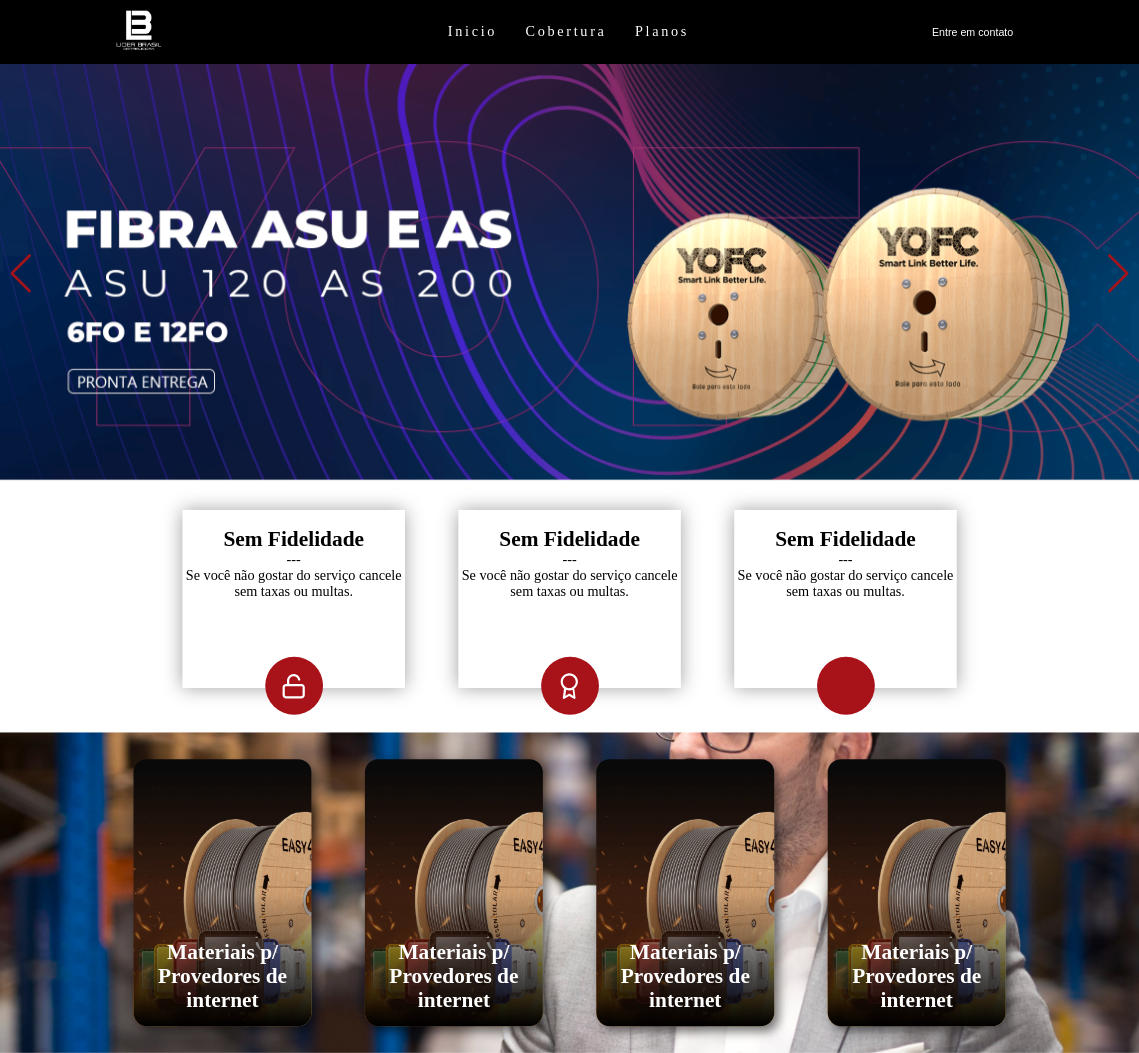
Repository: mateus-henrique-silva/Novo_institucional_lider
Page: index.html
The author's editor kept a copy of each file at every save. The page is drawn from the files as they stood at one save, then again after a run of saves.
The browser window is 1280 px wide. The pictures show the whole page, at 89% of full size.
Backgrounds fixed to the window are drawn as part of the page. Some web fonts or font styles are not loaded; a fallback is used.

Above is the page before, as saved 2022-09-06 10:34:56.
Console error: SyntaxError: Identifier 'MobileNavbar' has already been declared

### index.html
<!DOCTYPE html>
<html lang="en">
  <head>
    <meta charset="UTF-8" />
    <meta http-equiv="X-UA-Compatible" content="IE=edge" />
    <meta name="viewport" content="width=device-width, initial-scale=1.0" />
    <meta
      name="viewport"
      content="width=device-width, user-scalable=yes, initial-scale=1.0, maximum-scale=10, minimum-scale=1.0"
    />
    <link rel="stylesheet" href="./src/CSS/Global.css" />
    <link rel="stylesheet" href="./src/CSS/Header/style.css" />
    <link rel="stylesheet" href="./src/CSS/Main/style.css" />
    <link rel="stylesheet" href="./src/CSS/Main/Carousel/styles.css" />
    <link rel="stylesheet" href="./src/CSS/Main/Box/style.css" />
    <link rel="stylesheet" href="./src/CSS/Main/Products/style.css" />
    <link
      rel="stylesheet"
      href="https://unpkg.com/swiper@8/swiper-bundle.min.css"
    />

    <title>Líder Brasil</title>
  </head>
  <body>
    <header>
      <nav>
        <a class="logo"
          ><img src="./src/Assets/Logo/lb.png" width="50" alt=""
        /></a>
        <div class="mobile-menu">
          <div class="line1"></div>
          <div class="line2"></div>
          <div class="line3"></div>
        </div>
        <ul class="nav-list">
          <li><a href="#network index.html">Inicio</a></li>
          <li><a href="#map-container">Cobertura</a></li>
          <li><a href="#container">Planos</a></li>
        </ul>
        <ul>
          <li style="list-style: none; font-size: 10px">
            <a
              href="#"
              style="
                font-size: 12px;
                padding: 10px;
                font-family: arial;
                color: white;
              "
              onclick="openForm()"
              class="contact-header"
              >Entre em contato</a
            >
          </li>
        </ul>
      </nav>
    </header>
    <main>
      <section>
        <div class="swiper">
          <div class="swiper-wrapper">
            <div class="swiper-slide">
              <div class="project-img">
                <img
                  src="./src/Assets/img/carrossel/desktop/drop-desktop.png"
                  alt="Foto 01"
                />
              </div>
              <div class="project-img" id="mobile-img">
                <img
                  src="./src/Assets/img/carrossel/mobile/drop-mobile.png"
                  alt="Foto 03"
                />
              </div>
            </div>
            <div class="swiper-slide">
              <div class="project-img">
                <img
                  src="./src/Assets/img/carrossel/desktop/escada-desktop.png"
                  alt="Foto 01"
                />
              </div>
              <div class="project-img" id="mobile-img">
                <img
                  src="./src/Assets/img/carrossel/mobile/escada-mobile.png"
                  alt="Foto 03"
                />
              </div>
            </div>
            <div class="swiper-slide">
              <div class="project-img">
                <img src="./src/Assets/img/teste6.png" alt="Foto 01" />
              </div>
              <div class="project-img" id="mobile-img">
                <img src="./src/Assets/img/foto_03.png" alt="Foto 03" />
              </div>
            </div>
          </div>
          <div class="swiper-button-next"></div>
          <div class="swiper-button-prev"></div>
          <div class="swiper-pagination"></div>
        </div>
      </section>
      <section>
        <div class="section-box">
          <!-- card 1 -->

          <ul>
            <li class="box">
              <div class="box-inter">
                <h1>Sem Fidelidade</h1>
                <p>---</p>

                <p>
                  Se você não gostar do serviço cancele sem taxas ou multas.
                </p>
              </div>

              <div class="obj">
                <img
                  src="./src/Assets/img/icons/unlock.svg"
                  alt="arrowup"
                  srcset=""
                />
              </div>
            </li>
            <!-- card 2 -->
            <li class="box">
              <div class="box-inter">
                <h1>Sem Fidelidade</h1>
                <p>---</p>

                <p>
                  Se você não gostar do serviço cancele sem taxas ou multas.
                </p>
              </div>

              <div class="obj">
                <img
                  src="./src/Assets/img/icons/award.svg"
                  alt="arrowup"
                  srcset=""
                />
              </div>
            </li>
            <!-- card 3 -->
            <li class="box">
              <div class="box-inter">
                <h1>Sem Fidelidade</h1>
                <p>---</p>

                <p>
                  Se você não gostar do serviço cancele sem taxas ou multas.
                </p>
              </div>

              <div class="obj">
                <img
                  src="./src/Assets/img/icons/chevrons-up.svg"
                  alt="arrowup"
                  srcset=""
                />
              </div>
            </li>
          </ul>
        </div>
      </section>

      <section>
        <div class="background">
          <img
            class="img"
            src="./src/Assets/img/icons/aBlack.svg"
            alt=""
            srcset=""
          />

          <ul>
            <li>

              <div class="products" id="products-one">
                <div class="back-radient">
                <button>text</button>
                <div>
                  <h2>Materiais p/ Provedores de internet</h2>
                </div>

              </div>
            </div>
            </li>

            <li>

              <div class="products" id="products-two">
                <div class="back-radient">
                <button>text</button>
                <div>
                  <h2>Materiais p/ Provedores de internet</h2>
                </div>

              </div>
            </div>
            </li>

              <li>

              <div class="products" id="products-three">
                <div class="back-radient">
                <button>text</button>
                <div>
                  <h2>Materiais p/ Provedores de internet</h2>
                </div>

              </div>
            </div>
            </li>
              <li>

              <div class="products" id="products-four">
                <div class="back-radient">
                <button>text</button>
                <div>
                  <h2>Materiais p/ Provedores de internet</h2>
                </div>

              </div>
            </div>
            </li>
          </ul>
        </div>
      </section>
    </main>
    <footer></footer>
    <script src="https://unpkg.com/swiper@8/swiper-bundle.min.js"></script>
    <script src="./src/Scripts/Carousel/scripts.js"></script>
    <script src="./src/Scripts/Mobile/scripts.js"></script>
    <script src="./src/Scripts/Global.js"></script>
  </body>
</html>

### src/CSS/Global.css
@import url("https://fonts.googleapis.com/css2?family=Montserrat:ital,wght@0,100;0,200;0,300;0,400;0,500;0,600;0,700;0,800;0,900;1,100;1,200;1,300;1,400;1,500;1,600;1,700;1,800;1,900&family=Source+Serif+Pro:ital,wght@0,200;0,300;0,400;0,600;0,700;0,900;1,200;1,300;1,400;1,600;1,700;1,900&display=swap");

* {
  font-family: 'Source Serif Pro', serif;
  margin: 0;
  padding: 0;
  border: 0;

}


body{

}

### src/CSS/Header/style.css
header {
  width: 100%;
  background-color: black;
  margin-top: 0;
}
a {
  color: black;
  text-decoration: none;
  transition: 0.3s;
}

a:hover {
  opacity: 0.7;
}

.logo {
  align-items: center;
  width: 6%;

  text-transform: uppercase;
  letter-spacing: 4px;
}

.logo h1 {
  font-size: 12px;
}

nav {
  display: flex;
  z-index: 1;

  width: 100%;
  margin-top: 0;

  justify-content: space-around;
  align-items: center;
  background-color: black;
  height: 10vh;
}

.nav-list {
  text-align: center;
  justify-content: center;
  list-style: none;
  display: flex;
  z-index: 1;
}

.nav-list li {
  letter-spacing: 3px;
  margin-left: 32px;
}
.nav-list li a {
  color: white;
}
.nav-list li a:hover {
  color: #ff073b;
}

.mobile-menu {
  display: none;
  margin-left: 80px;
  cursor: pointer;
}

.mobile-menu div {
  transition: 0.3s;

  width: 32px;
  height: 2px;
  background: white;
  margin: 8px;
}

@media (max-width: 950px) {
  body {
    overflow-x: hidden;
  }

  .nav-list {
    position: absolute;
    top: 7vh;
    right: 0;
    width: 100vw;
    height: 100vh;
    background-color: white;
    flex-direction: column;
    color: white;
    /* align-items: center; */
    display: none;
    justify-content:flex-start;
    transition: 0.4s ease-in;
    /* justify-content: space-around; */
    transform: translateX(100%);
  }

  .nav-list li {
    margin-top:100px;
    margin-left: 0;
    opacity: 0;
  }

  .mobile-menu {
    display: block;
  }
  .contact-header {
    display: none;
  }

  .logo {
    margin-left:10px;
    width: 60%;
  }
}

.nav-list.active {
  transition: 0.3s;
  overflow-y: hidden;
  position: fixed;
  z-index: 10000;
  background-color: black;
  transform: translateX(0);
  display: flex;
}

.nav-list.active li {
  color: white!important;
  font-weight:bold;
}

.nav-list.active li {
  color: white;
}

@keyframes navLinkFade {
  from {
    opacity: 0;
    transform: translateX(50px);
  }

  to {
    opacity: 1;
    transform: translateX(0);
  }
}

.mobile-menu.active .line1 {
  transform: rotate(-45deg) translate(-8px, 8px);
}

.mobile-menu.active .line2 {
  opacity: 0;
}

.mobile-menu.active .line3 {
  transform: rotate(45deg) translate(-5px, -7px);
}

### src/CSS/Main/style.css
main{
    width: 100%;
    height: 100%;

    max-width: 100vw;
}


section{

    width: 100%;
    max-width: 100vw;
    height: 100%;
}


ul li {
    list-style: none;
}

### src/CSS/Main/Carousel/styles.css
.swiper {
    height: 100%!important;

  }

  .swiper-slide {
    text-align: center;
    display: flex;
    height: 100%!important;
    align-items: center;
    justify-content: center;
  }

  @media (max-width: 450px) {
    .swiper {
      height: 270px;
    }

    .project-img img{
      width: 100%;
      height: 100%!important;
    }
  }

  .project-img img{
    width: 100%;
    /* height: 80vh; */
  }



  .swiper-pagination-bullet{
    color: white !important;
    /* margin-top:-10px!important; */
    background-color:white !important;
  }

  /*
    largura => 3840
    Altura => 420

  */


  .swiper-button-next:after, .swiper-button-prev:after{
    color:#a71319 !important;
  }

  #mobile-img{
    display: none;
  }


  @media(max-width:999px){
    #mobile-img{
      display: block!important;
    }


    .project-img{
      display:none;
    }
  }


.menu{
  display:flex;
  flex-direction:column;
}

### src/CSS/Main/Box/style.css
.section-box {
  width: 100%;

  justify-content: center;
  align-items: center;
  display: flex;
}

.box {
  display: flex;
  flex-direction: column;
  /* justify-content: center; */

  justify-content: flex-end;
  align-items: center;
  height: 100%;
  margin: 30px;
  margin-bottom: 20px;
  /* width: 100%; */
  /* background-color: red; */
}

@media (max-width: 770px) {
  .section-box {
    width: 100%;
    justify-content: space-around;
    flex-direction: column;
    display: flex;
  }

  .box-inter {
    background-color: white;
    height: 100px;
    width: 200px;
    /* width: 100%; */
  }
}

@media (max-width: 480px) {
  .box-inter {
    height: 170px !important;
    width: 170px !important;
    /* width: 100%; */
  }

  .obj {
    height: 45px !important;

    margin-top: -35px;
    width: 45px !important;
  }

  .obj img {
    width: 20px !important;
  }
}

.box-inter {
  background-color: white;
  height: 200px;
  width: 250px;
  -webkit-box-shadow: 0px 0px 20px 0px rgba(0, 0, 0, 0.37);
  box-shadow: 0px 0px 20px 0px rgba(0, 0, 0, 0.37);
  display: flex;

  flex-direction: column;
  align-items: center;
  text-align: center;

  /* width: 100%; */
}

.box-inter h1 {
  margin-top: 20px;
  font-size: clamp(1em, 1em + 1vw, 1.5em);
}

.box p {
  font-size: clamp(1em, 1em + 0.5vw, 0.5em);
}
.obj {
  background-color: #a71319;
  height: 65px;

  border-radius: 50%;
  display: flex;
  align-items: center;
  justify-content: center;
  margin-top: -35px;
  width: 65px;
}

.obj img {
  width: 30px;
}

.section-box ul {
  display: flex;
  overflow-x: auto;
  width: 100%;
  justify-content: center;
  scroll-behavior: smooth;
}

.section-box .img-arrow {
  display: none;
}

@media (max-width: 600px) {
  .section-box .img-arrow {
    display: flex;
    justify-content: flex-end;

    animation: mymove 0.8s infinite;
  }
  .section-box ul {
    display: flex;
    overflow-x: auto;
    width: 100%;
    justify-content: flex-start;
    scroll-behavior: smooth;
  }
  @keyframes mymove {
    from {
      left: 280px;
    }
    to {
      left: 300px;
    }
  }
}

### src/CSS/Main/Products/style.css
.background {
  width: 100%;
  background: url("../../../Assets/img/Background/medio.jpg") no-repeat center
    fixed;
  height: 100%;
  display: flex;
  justify-content: space-around;
  justify-content: center;
  align-items: center;
}
.background ul {
  display: flex;
  overflow-x: auto;
  overflow-y: hidden;
  scroll-behavior: smooth;
  /* width: 100px; */
}
.background img {
  display: none;
}

.background ul li .products .img {
  display: flex;
}

.products {
  margin: 30px;

    border-radius:15px;



  height: 300px;
  width: 200px;
  -webkit-box-shadow: 0px 0px 20px 0px rgba(0, 0, 0, 0.2) !important;
  box-shadow: 0px 0px 20px 0px rgba(0, 0, 0, 0.2) !important;
  background-color: white;
  display: flex;
  text-align: center;
  flex-direction: column;
  align-items: center;
  box-sizing: border-box;
  transition: 0.5s;
}

.products div h2 {
  margin-bottom: 15px;
   color:white;
  transition:2s;
}
.products:hover .back-radient {
  align-items: center;
  justify-content: center;
  transition:2s;
}
.products:hover div h2 {

  display: none;
}
@media (max-width: 600px) {
  .background .img {
    position: absolute;
    margin-top: 170px;
    display: flex;
    justify-content: flex-end;
    animation: mymove 0.8s infinite;
  }

  @keyframes mymove {
    from {
      left: 280px;
    }
    to {
      left: 300px;
    }
  }
}

.products button {
  background-color: black;
  display: none;
  color: white;
  cursor: pointer;
  transition: 0.7s;
  padding: 8px 25px 8px;
}

button:hover {
  text-decoration: underline;
}

.products:hover button {
  background-color: black;
  display: flex;

  color: white;
  cursor: pointer;
  padding: 8px 25px 8px;
}
.back-radient{
  width: 100%;
height: 100%;

transition: 0.7s;
display: flex;
align-items: flex-end;
background: linear-gradient(180deg, rgba(0, 0, 0, 0.0962963) 50%, #000000 100%);
box-shadow: 5px 6px 11px rgba(0, 0, 0, 0.45);
border-radius: 15px;
}

#products-one{
  background: url("../../../Assets/img/Background/products/db.png")
  no-repeat center!important;
  background-size: 100%!important;
}

#products-two{
  background: url("../../../Assets/img/Background/products/db.png")
  no-repeat center!important;
  background-size: 100%!important;
}


#products-three{
  background: url("../../../Assets/img/Background/products/db.png")
  no-repeat center!important;
  background-size: 100%!important;
}

#products-four{
  background: url("../../../Assets/img/Background/products/db.png")
  no-repeat center!important;
  background-size: 100%!important;
}

### src/Scripts/Mobile/scripts.js
class MobileNavbar{


    constructor(mobileMenu, navList, navLinks){
        this.mobileMenu = document.querySelector(mobileMenu);
        this.navList = document.querySelector(navList);
        this.navLinks = document.querySelectorAll(navLinks);
        this.activeClass = "active";
        this.hadleClick =  this.hadleClick.bind(this);


    }

    animateLinks(){
        this.navLinks.forEach((link, index)=>{

            var calc = index/7+0.3;


            link.style.animation
            ?(link.style.animation="")
            :(link.style.animation= `navLinkFade 0.5s ease forwards ${calc}s`);


        });


    }


    hadleClick(){


        this.navList.classList.toggle(this.activeClass);
        this.mobileMenu.classList.toggle(this.activeClass);
        this.animateLinks();
    }

    addClickEvent(){
        this.mobileMenu.addEventListener("click", this.hadleClick);


    }

    init(){

        if(this.mobileMenu){

            this.addClickEvent();
        }
        return this;
    }
    }



    const mobileNavbar = new MobileNavbar(

        ".mobile-menu",

        ".nav-list",

        ".nav-list li",


        );


    mobileNavbar.init();

### src/Scripts/Global.js
document.onmousedown=disableclick;
function disableclick(event)
{
  if(event.button==2)
   {
     return false;
   }
}

### src/Assets/img/icons/award.svg
<?xml version="1.0" encoding="utf-8"?>
<!-- Generator: Adobe Illustrator 24.0.1, SVG Export Plug-In . SVG Version: 6.00 Build 0)  -->
<svg version="1.1" id="Camada_1" xmlns="http://www.w3.org/2000/svg" xmlns:xlink="http://www.w3.org/1999/xlink" x="0px" y="0px"
	 viewBox="0 0 24 24" style="enable-background:new 0 0 24 24;" xml:space="preserve">
<style type="text/css">
	.st0{fill:#FFFFFF;}
</style>
<path class="st0" d="M19.5,8.1c0-4.3-3.5-7.7-7.7-7.7S4,3.9,4,8.1c0,2.5,1.2,4.7,3,6.1l-1.1,8.3c0,0.4,0.1,0.7,0.4,0.9
	c0.3,0.2,0.7,0.2,1,0l4.3-2.6l4.3,2.6c0.2,0.1,0.3,0.1,0.5,0.1c0.2,0,0.4-0.1,0.5-0.2c0.3-0.2,0.5-0.6,0.4-0.9l-1.1-8.3
	C18.3,12.8,19.5,10.6,19.5,8.1z M5.9,8.1c0-3.2,2.6-5.8,5.8-5.8s5.8,2.6,5.8,5.8s-2.6,5.8-5.8,5.8S5.9,11.3,5.9,8.1z M15.4,20.8
	l-3.1-1.9c-0.3-0.2-0.7-0.2-1,0l-3.1,1.9l0.7-5.5c0.9,0.4,1.9,0.6,2.9,0.6c1,0,2-0.2,2.9-0.6L15.4,20.8z"/>
</svg>

### src/Assets/img/icons/chevrons-up.svg
<svg xmlns="http://www.w3.org/2000/svg" width="24" height="24" viewBox="0 0 24 24" fill="none" stroke="" stroke-width="2" stroke-linecap="round" stroke-linejoin="round" class="feather feather-chevrons-up"><polyline points="17 11 12 6 7 11"></polyline><polyline points="17 18 12 13 7 18" color="white"></polyline></svg>

After the next 2 saves:
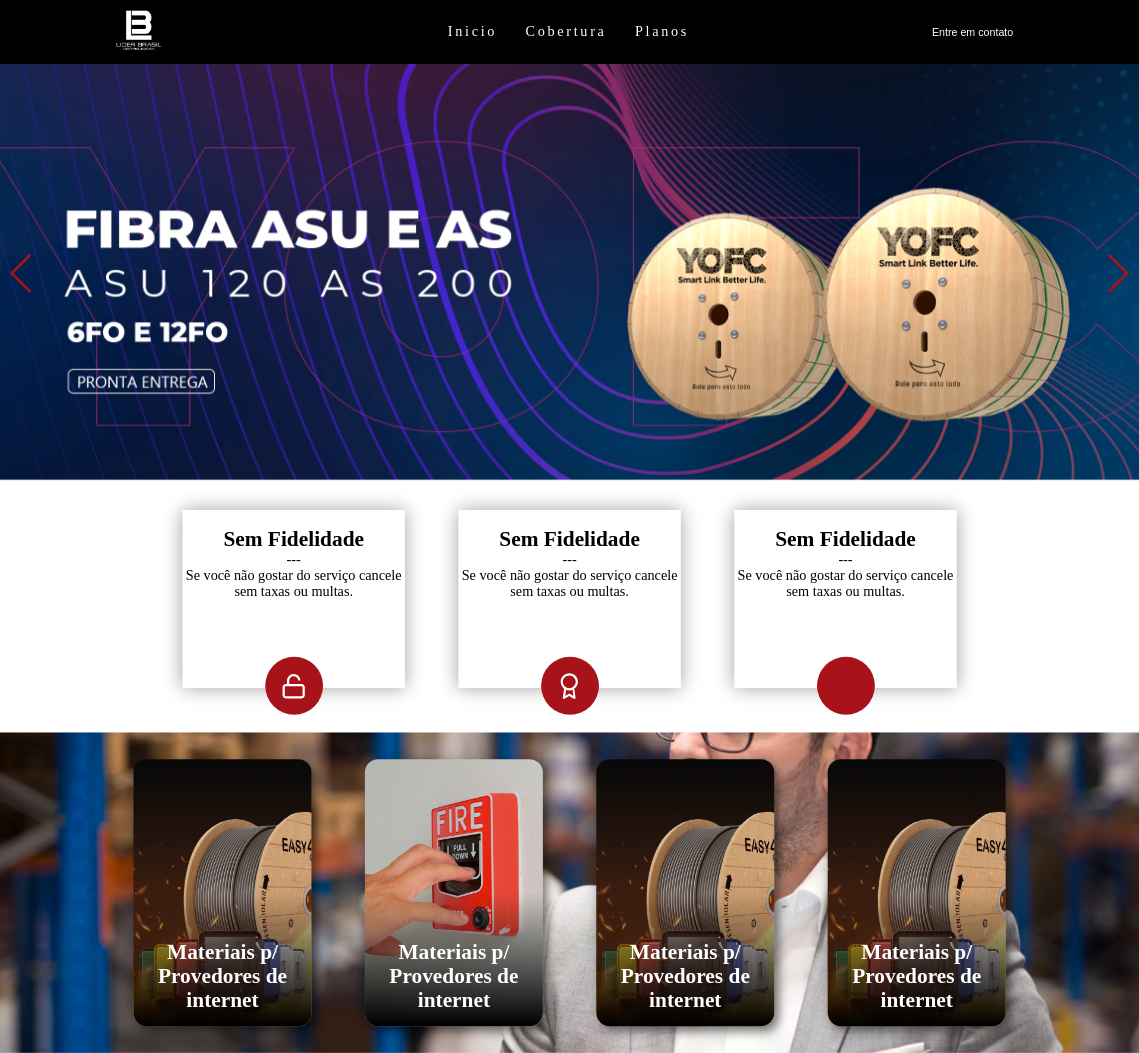
The 2 saves are shown as one change because they came seconds apart.
The last was saved 42 s later.
--- a/src/CSS/Main/Products/style.css
+++ b/src/CSS/Main/Products/style.css
@@ -116,7 +116,7 @@
 }
 
 #products-two{
-  background: url("../../../Assets/img/Background/products/db.png")
+  background: url("../../../Assets/img/Background/products/incendio.png")
   no-repeat center!important;
   background-size: 100%!important;
 }
